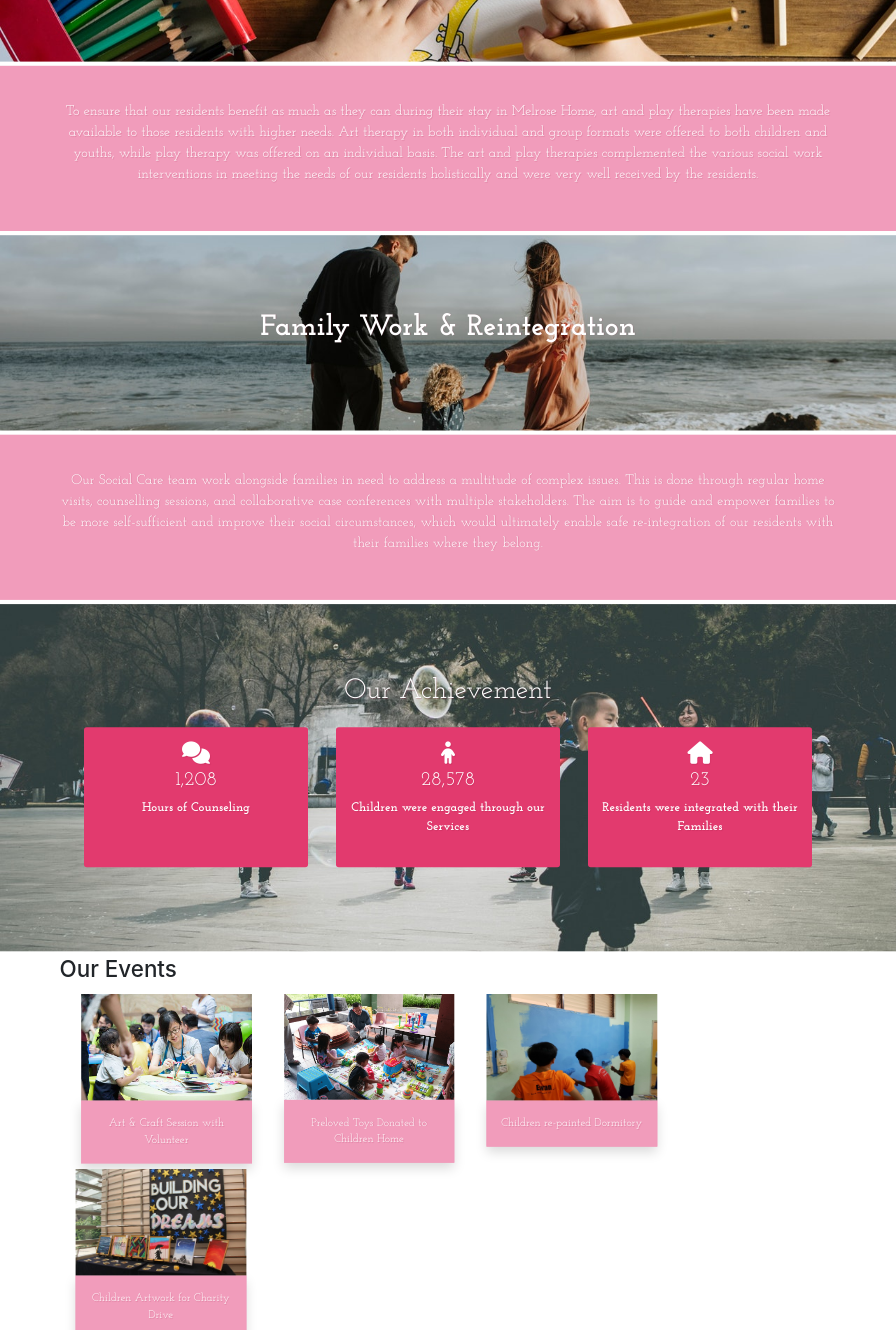
Repository: Code-Institute-Submissions/Jasonngyt-Project1
Page: services.html
The author's editor kept a record of every edit. The page is drawn from the files as they stood at one moment, then again after the next edit.
The browser window is 1280 px wide. The pictures show the part of the page from y = 860 to 2760 px (the page is 3095 px tall before and 3111 px after), at 70% of full size.
A picture or video elsewhere on the page could not be fetched, so the positions and the page height are approximate. Backgrounds fixed to the window are drawn as part of the page. Some web fonts or font styles are not loaded; a fallback is used. Some web libraries are served in a nearby version.

Above is the page before.

### services.html
<!DOCTYPE html>
<html lang="en">
<head>
    <meta charset="UTF-8">
    <meta name="viewport" content="width=device-width, initial-scale=1.0">
    <meta http-equiv="X-UA-Compatible" content="ie=edge">
    <title>Our Services</title>

    <!-- Bootsrap CSS -->
    <link rel="stylesheet" href="https://stackpath.bootstrapcdn.com/bootstrap/4.3.1/css/bootstrap.min.css" integrity="sha384-ggOyR0iXCbMQv3Xipma34MD+dH/1fQ784/j6cY/iJTQUOhcWr7x9JvoRxT2MZw1T" crossorigin="anonymous">

    <!-- Font Awesome -->
    <script src="https://kit.fontawesome.com/749eb0769b.js"></script>

    <!--Google Font -->
    <link href="https://fonts.googleapis.com/css?family=Josefin+Slab|Mansalva&display=swap" rel="stylesheet">

    <!-- mystyle.css -->
    <link rel="stylesheet" href="CSSstyle/mystyle2.css" type="text/css"/>

</head>
<body>

    <!-- Header Navbar -->
    <nav class="navbar navbar-expand-md navbar-light font-weight-bold header_nav">
        <div class="container-fluid d-inline-flex">
            <a class="navbar-brand" href="index.html">
            <img src ="image/logo.png" style="max-width: 100px;"></a>
            <button class="navbar-toggler" type="button" data-toggle="collapse" data-target="#navbarSupportedContent">
                <span class="navbar-toggler-icon"></span>
            </button>

            <div class="collapse navbar-collapse" id="navbarSupportedContent">
                <ul class="navbar-nav ml-auto">
                    <li class="nav-item active">
                        <a class="nav-link nav text-uppercase" href="index.html"><strong>Home</strong><span class="sr-only">(current)</span></a>
                    </li>
                    <li class="nav-item">
                        <a class="nav-link text-uppercase" href="services.html"><strong>Our Services</strong></a>
                    </li>
                    <li class="nav-item">
                        <a class="nav-link text-uppercase" href="enquiry.html" tabindex="-1"><strong>Contact Us</strong></a>
                    </li>
                </ul>
            </div>
        </div>
    </nav>


    <!-- Our Services -->

    <h2>Our Services</h2>
    <div class="service1_photo font-weight-bold">
        <p>Casework & Counselling</p>
    </div>

    <div class="service_word">
        <p class="container">
            Residents in our care are provided individually tailored Care Plans, managed by our Social and Case Workers.
            Casework interventions, therapeutic services and counselling support, are other important services provided
            to address the various behavioural, social and emotional needs of our residents.
        </p>
    </div>

    <div class="service2_photo font-weight-bold">
        <p>Art & Play Therapy</p>
    </div>

    <div class="service_word">
        <p class="container">
            To ensure that our residents benefit as much as they can during their stay in Melrose Home, art and play therapies have been made available to those residents with higher needs.
            Art therapy in both individual and group formats were offered to both children and youths, while play therapy was offered on an individual basis.
            The art and play therapies complemented the various social work interventions in meeting the needs of our residents holistically and were very well received by the residents.
        </p>
    </div>

     <div class="service3_photo font-weight-bold">
        <p>Family Work & Reintegration</p>
    </div>

    <div class="service_word">
        <p class="container">
            Our Social Care team work alongside families in need to address a multitude of complex issues.  This is done through regular home visits, counselling sessions, and collaborative case conferences with multiple stakeholders.
            The aim is to guide and empower families to be more self-sufficient and improve their social circumstances, which would ultimately enable safe re-integration of our residents with their families where they belong.
        </p>
    </div>


     <!-- Our Achievement -->

    <div class="container-fluid achievement_photo">
        <h1>Our Achievement</h1>
        <div class="row justify-content-center">
            <div class="achievement rounded col-sm-11 col-md-3 font-weight-bold text-center"><h2 class="fas fa-comments"></h2><h3>1,208</h3> <p> Hours of Counseling </p></div>
            <div class="achievement rounded col-sm-11 col-md-3 font-weight-bold text-center"><h2 class="fas fa-child"></h2><h3>28,578</h3> <p> Children were engaged through our Services </p></div>
            <div class="achievement rounded col-sm-11 col-md-3 font-weight-bold text-center"><h2 class="fas fa-home"></h2><h3>23</h3> <p> Residents were integrated with their Families </p></div>
        </div>
    </div>


    <!-- Our Event -->

    <div class="container">
        <h2>Our Events</h2>
        <div class="row m-2">
            <div class="col-sm-5 col-md-3 card-img-top m-2"><img src ="image/event1_photo.jpg" class ="w-100">
                <div class="card-body text-center shadow event_style">Art & Craft Session with Volunteer</div>
            </div>
            <div class="col-sm-5 col-md-3 card-img-top m-2"><img src ="image/event2_photo.png" class ="w-100">
                <div class="card-body text-center shadow event_style">Preloved Toys Donated to  Children Home</div>
            </div>
            <div class="col-sm-5 col-md-3 card-img-top m-2"><img src ="image/event3_photo.jpg" class ="w-100" style="height:152px;">
                <div class="card-body text-center shadow event_style">Children re-painted Dormitory</div>
            </div>
            <div class="col-sm-5 col-md-3 card-img-top"><img src ="image/event4_photo.jpg" class ="w-100" style="height:152px;">
                <div class="card-body text-center shadow event_style">Children Artwork for Charity Drive</div>
            </div>
        </div>
        <div class="row m-2">
            <div class="col-sm-5 col-md-3 card-img-top"><img src ="image/event5_photo.jpg" class ="w-100 d-sm-none d-md-block">
                <div class="card-body text-center shadow event_style">Children Playtime</div>
            </div>
            <div class="col-sm-5 col-md-3 card-img-top"><img src ="image/event6_photo.jpg" class ="w-100 d-sm-none d-md-block">
                <div class="card-body text-center shadow event_style">Annual Athletic Meet</div>
            </div>
            <div class="col-sm-5 col-md-3 card-img-top"><img src ="image/event7_photo.jpg" class ="w-100 d-sm-none d-md-block">
                <div class="card-body text-center shadow event_style">Art Therapy Session</div>
            </div>
            <div class="col-sm-5 col-md-3 card-img-top"><img src ="image/event8_photo.jpg" class ="w-100 d-sm-none d-md-block">
                <div class="card-body text-center shadow event_style">Cooking Lesson by Volunteer</div>
            </div>
        </div>
    </div>


    <!-- Footer Navbar -->

    <nav class="navbar navbar-light justify-content-md-center footer_nav">
        <div class="row">
            <div class="fas fa-map-marked-alt pr-4"> Address: 24 Ang Mo Kio Street 5, Singapore 661565</div>
        </div>
        <div class="row pr-mb-3 p-sm-2">
            <div class="fas fa-phone-volume pr-4"> Contact: 64528729</div>
            <div class="fas fa-envelope pr-4"> Email: <a href="maito: sparkletree@charity.com">sparkletree@charity.com </a></div>
        </div>
        <div class="row p-sm-1" align="left">
            <div class="pr-4 pt-2">Follow Us on</div>
            <a class="navbar-brand" href="#! pr-4 pt-2"><i class="fab fa-facebook-square text-white pr-3"></i></a>
            <a class="navbar-brand" href="#!"><i class="fab fa-instagram text-white"></i></a>
        </div>
    </nav>


    <!-- Bootstrap Javascript -->

    <script src="https://code.jquery.com/jquery-3.3.1.slim.min.js" integrity="sha384-q8i/X+965DzO0rT7abK41JStQIAqVgRVzpbzo5smXKp4YfRvH+8abtTE1Pi6jizo" crossorigin="anonymous"></script>
    <script src="https://cdnjs.cloudflare.com/ajax/libs/popper.js/1.14.7/umd/popper.min.js" integrity="sha384-UO2eT0CpHqdSJQ6hJty5KVphtPhzWj9WO1clHTMGa3JDZwrnQq4sF86dIHNDz0W1" crossorigin="anonymous"></script>
    <script src="https://stackpath.bootstrapcdn.com/bootstrap/4.3.1/js/bootstrap.min.js" integrity="sha384-JjSmVgyd0p3pXB1rRibZUAYoIIy6OrQ6VrjIEaFf/nJGzIxFDsf4x0xIM+B07jRM" crossorigin="anonymous"></script>

</body>
</html>

### CSSstyle/mystyle2.css
/* The following CSS code are written by me.*/

@import url('//fonts.googleapis.com/css?family=Josefin+Slab:400,700');

/* Enquire CSS */

*{
	padding: 0px;
	margin: 0px;
	box-sizing: border-box;
}


/* Our Service CSS */

.service1_photo{
	background-image: url("../image/service1_photo.jpg");
	background-position: center;
	background-attachment: fixed;
	background-size: cover;
    padding-top: 100px;
    padding-bottom: 100px;
    font-family:'Josefin Slab', 'Myriad Pro', Arial, sans-serif;
    font-size: 42px;
    text-shadow: 1px 1px 1px rgba(151,24,64,0.2);
    width:100%;
    color: white;
    text-align: center;
    overflow: hidden;
    display: inline-block;
}

.service2_photo{
	background-image: url("../image/service2_photo.jpg");
	background-position: center;
	background-attachment: fixed;
	background-size: cover;
    padding-top: 100px;
    padding-bottom: 100px;
    font-family:'Josefin Slab', 'Myriad Pro', Arial, sans-serif;
    font-size: 42px;
    text-shadow: 1px 1px 1px rgba(151,24,64,0.2);
    width:100%;
    color: white;
    text-align: center;
    overflow: hidden;
    display: inline-block;
}

.service3_photo{
	background-image: url("../image/service3_photo.jpg");
	background-position: center;
	background-attachment: fixed;
	background-size: cover;
    padding-top: 100px;
    padding-bottom: 100px;
    font-family: 'Josefin Slab', Arial, sans-serif;
    font-size: 42px;
    text-shadow: 1px 1px 1px rgba(151,24,64,0.2);
    width:100%;
    color: white;
    text-align: center;
    overflow: hidden;
    display: inline-block;
}

.service_word{
    background-color: #F19CBB;
    padding-top: 50px;
    padding-bottom: 50px;
    font-family: 'Josefin Slab', Arial, sans-serif;
    font-size: 20px;
    text-shadow: 1px 1px 1px rgba(151,24,64,0.2);
    width:100%;
    color: white;
    text-align: center;
    overflow: hidden;
    display: inline-block;
}


/* Our Achievement CSS */

.achievement_photo{
	background-image: url("../image/achievement_photo.jpg");
	background-position: center;
	background-attachment: fixed;
	background-size: cover;
    padding-top: 100px;
    padding-bottom: 100px;
    font-family: 'Josefin Slab', Arial, sans-serif;
    font-size: 42px;
    text-shadow: 1px 1px 1px rgba(151,24,64,0.2);
    width:100%;
    color: white;
    text-align: center;
    font-size: large;
    overflow: hidden;
    display: inline-block;
}

.achievement {
    height: 200px;
    background-color: #e23a6e;
    margin: 20px;
    color: white;
    padding: 20px;
}


/* Our Event CSS */

.event_style{
    border: 1px solid #F19CBB;
    background-color: #F19CBB;
    color: white;
    font-family: 'Josefin Slab', Arial, sans-serif;
    text-shadow: 1px 1px 1px rgba(151,24,64,0.2);
}


/* Our Enquiry CSS */

.enquiry_bg{
    background-image: url("../image/pink_background.jpg");
    position: relative;
    background-repeat: no-repeat;
    background-size: cover;
    padding: 0px;
}

/* Video Player CSS in Enquiry */
.youtube-player{
    z-index: 1;

}

.video-responsive{
    overflow:hidden;
    padding-bottom: 100%;
    position:relative;
    height:0;
}

.video-responsive iframe{
    left:0;
    top:10%;
    height:100%;
    width:100%;
    position:absolute;
}

.bg_word{
    font-family: 'Mansalva', cursive;
}

/* Header Navbar CSS */

.header_nav{
    font-family: 'Josefin Slab', Arial, sans-serif;

}

/* Footer Navbar CSS */

.footer_nav{
     background-color: #e23a6e;
     font-family: 'Josefin Slab', Arial, sans-serif;
     color: white;
     text-shadow: 1px 1px 1px rgba(151,24,64,0.2);
     bottom: 0px;
     padding-top: 5px;
     padding-bottom: 5px;
}

After the next edit:
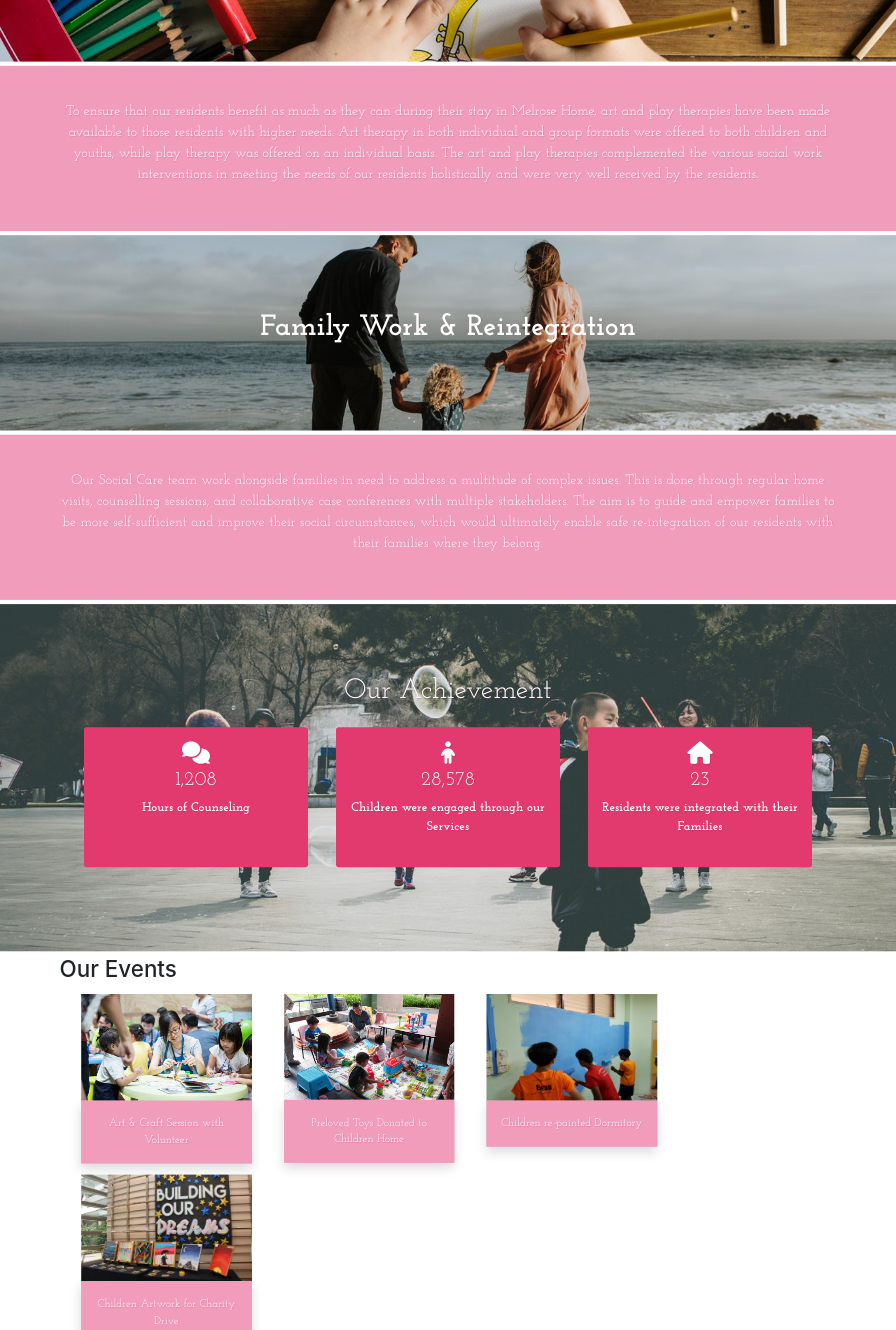
The edit:
--- a/services.html
+++ b/services.html
@@ -112,7 +112,7 @@
             <div class="col-sm-5 col-md-3 card-img-top m-2"><img src ="image/event3_photo.jpg" class ="w-100" style="height:152px;">
                 <div class="card-body text-center shadow event_style">Children re-painted Dormitory</div>
             </div>
-            <div class="col-sm-5 col-md-3 card-img-top"><img src ="image/event4_photo.jpg" class ="w-100" style="height:152px;">
+            <div class="col-sm-5 col-md-3 card-img-top m-2"><img src ="image/event4_photo.jpg" class ="w-100" style="height:152px;">
                 <div class="card-body text-center shadow event_style">Children Artwork for Charity Drive</div>
             </div>
         </div>
